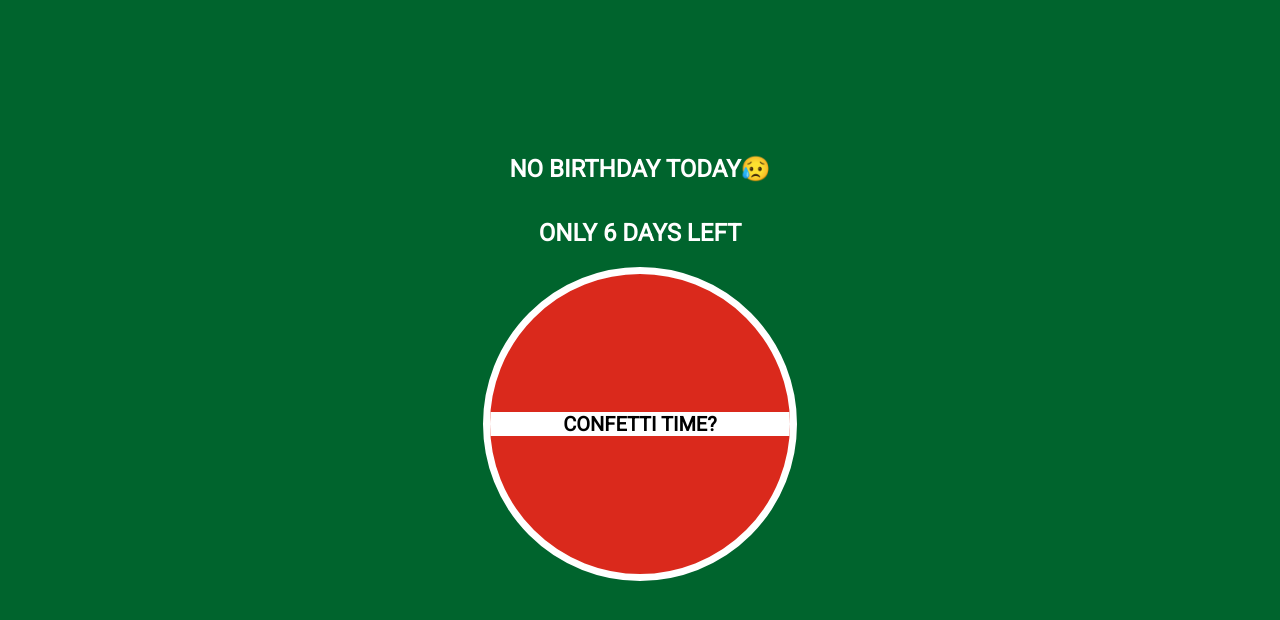
Repository: David-Waite/HannahsBirthdayWebsite
Page: /
An editor plug-in stored every save of this project. The page is shown before and after the next save, followed by the edit.
The browser window is 1280 px wide. The pictures show the whole page.
The project was rebuilt for these pictures with package versions that can differ from the ones it lists, and the page was loaded fresh each time.

Above is the page before, as saved 2023-03-31 10:23:42.

After the next save:
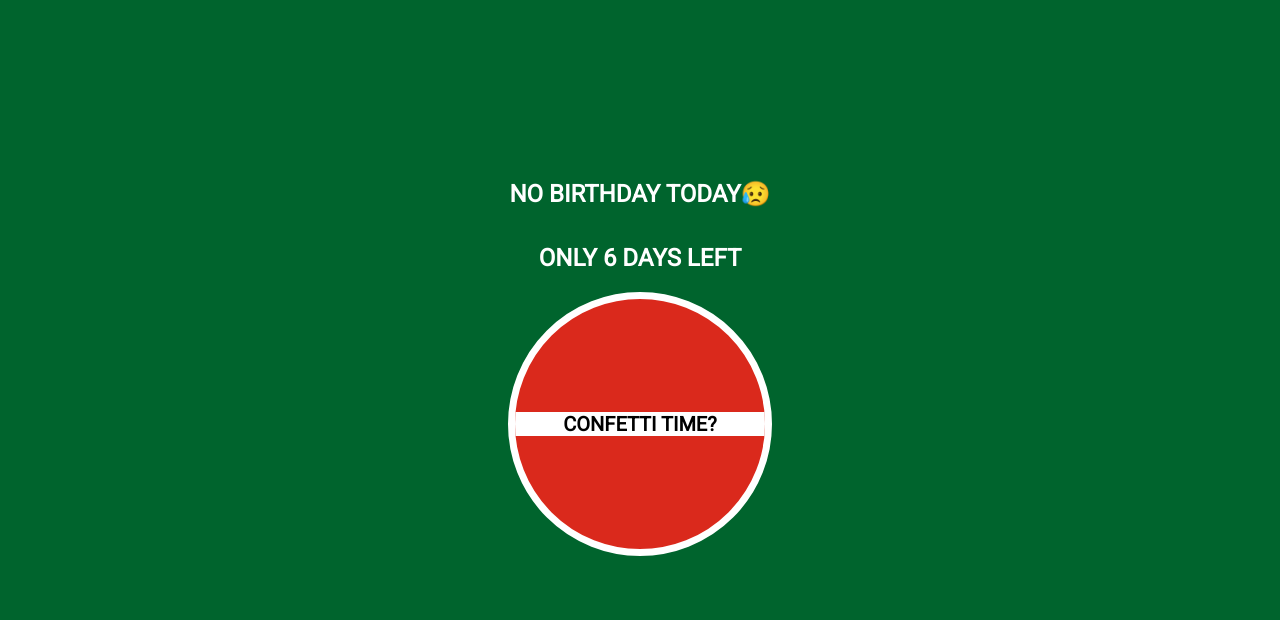
Saved 9 s later.
--- a/src/index.css
+++ b/src/index.css
@@ -23,8 +23,8 @@ h1 {
   display: flex;
   align-items: center;
   justify-content: center;
-  height: 300px;
-  width: 300px;
+  height: 250px;
+  width: 250px;
   overflow: hidden;
   background-color: #da291c;
   border-radius: 50%;
